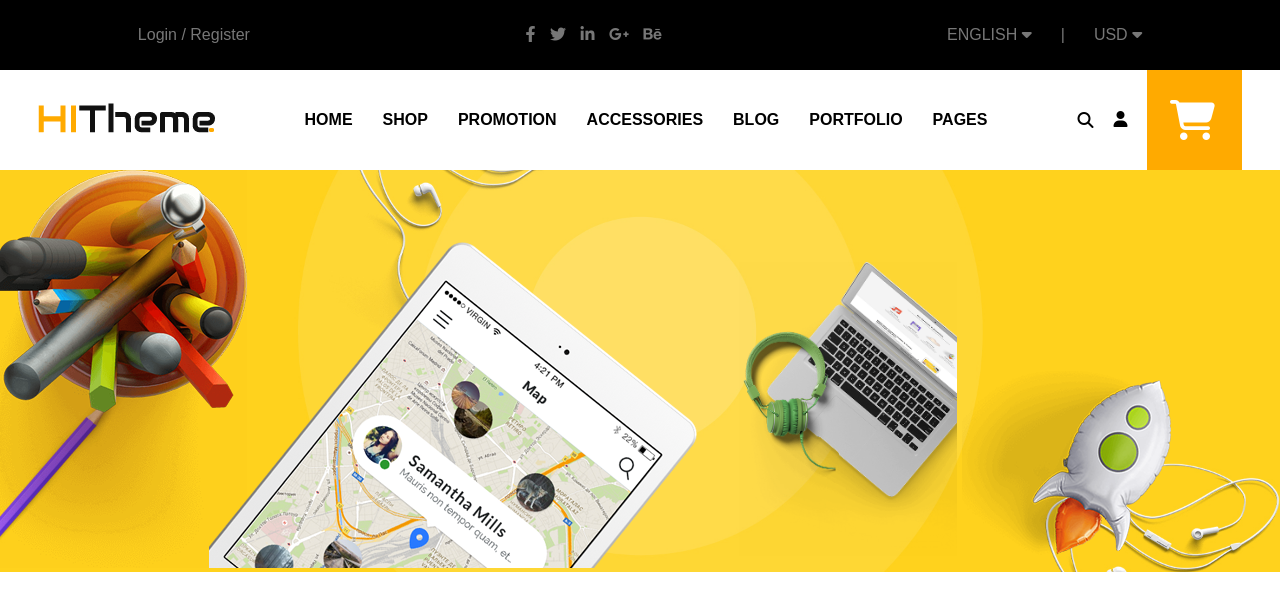
Repository: Thach1311/DU-AN-WEB-BAN-HANG-
Page: index1.html
An editor plug-in stored every save of this project. The page is shown before and after the next save, followed by the edit.
The browser window is 1280 px wide. The pictures show the whole page.

Above is the page before, as saved 2023-02-23 17:35:38.

After the next save:
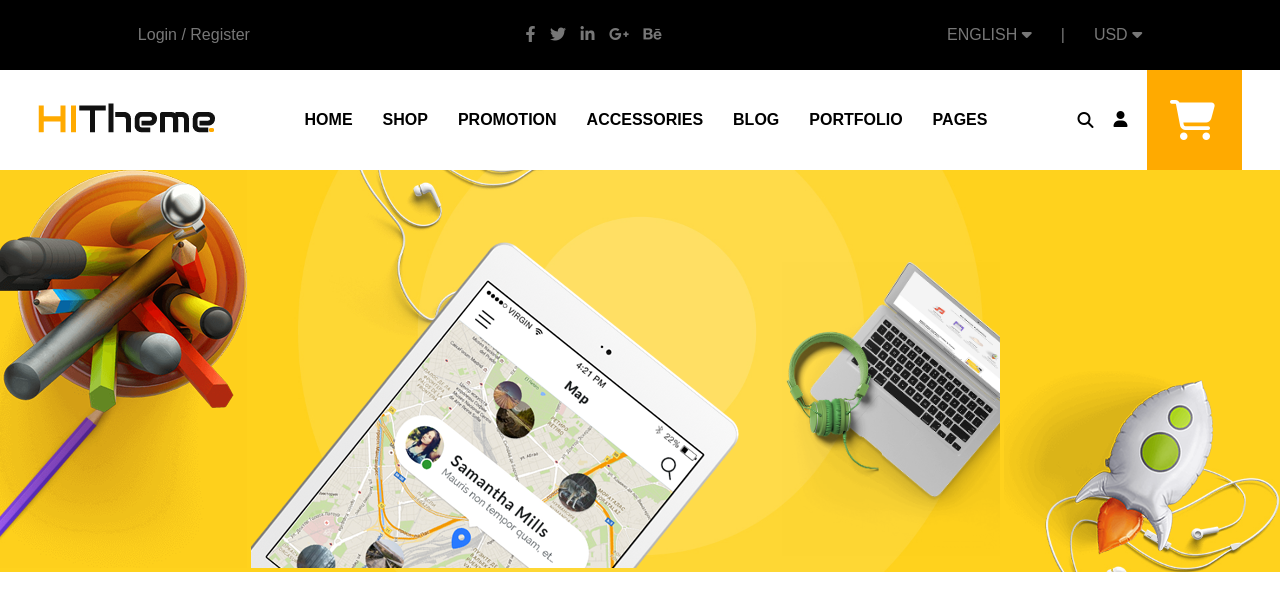
Saved 6 s later.
--- a/CSS/style1.css
+++ b/CSS/style1.css
@@ -621,7 +621,7 @@
     margin-top: 500px; */
 }
 .slide__bgMain-item2{
-
+    mar
      animation: go 3s infinite alternate-reverse;
 }
 .slide__bgMain-item3{

After the save that followed:
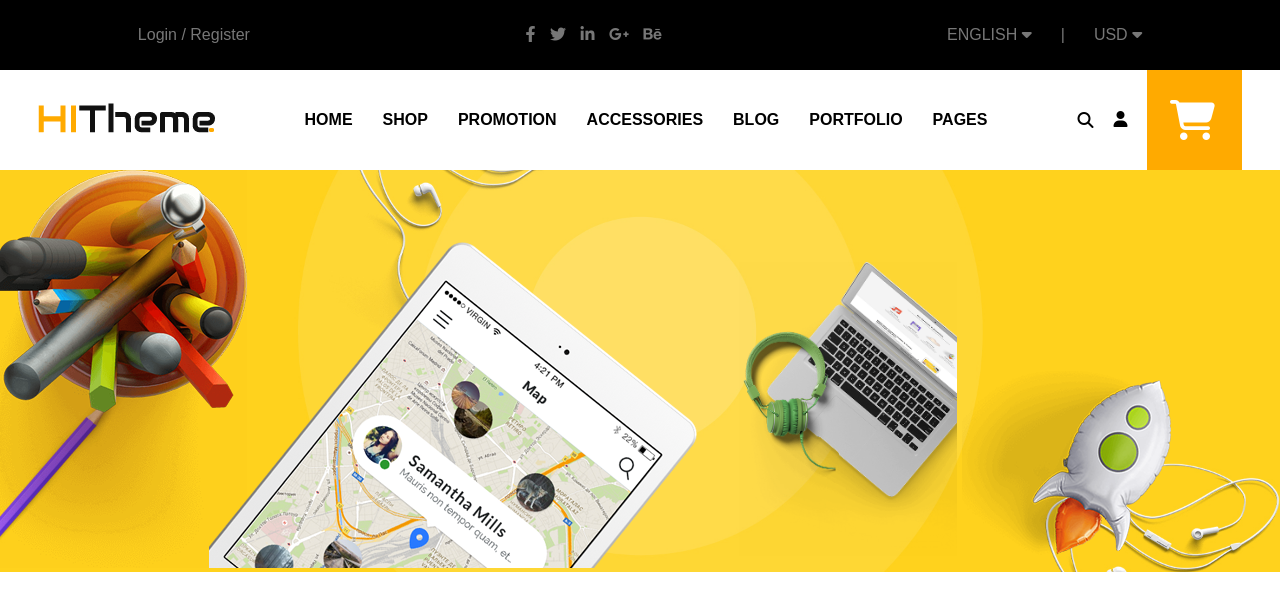
Saved 4 s later.
--- a/CSS/style1.css
+++ b/CSS/style1.css
@@ -621,7 +621,7 @@
     margin-top: 500px; */
 }
 .slide__bgMain-item2{
-    mar
+    margin-top: 2px;
      animation: go 3s infinite alternate-reverse;
 }
 .slide__bgMain-item3{
